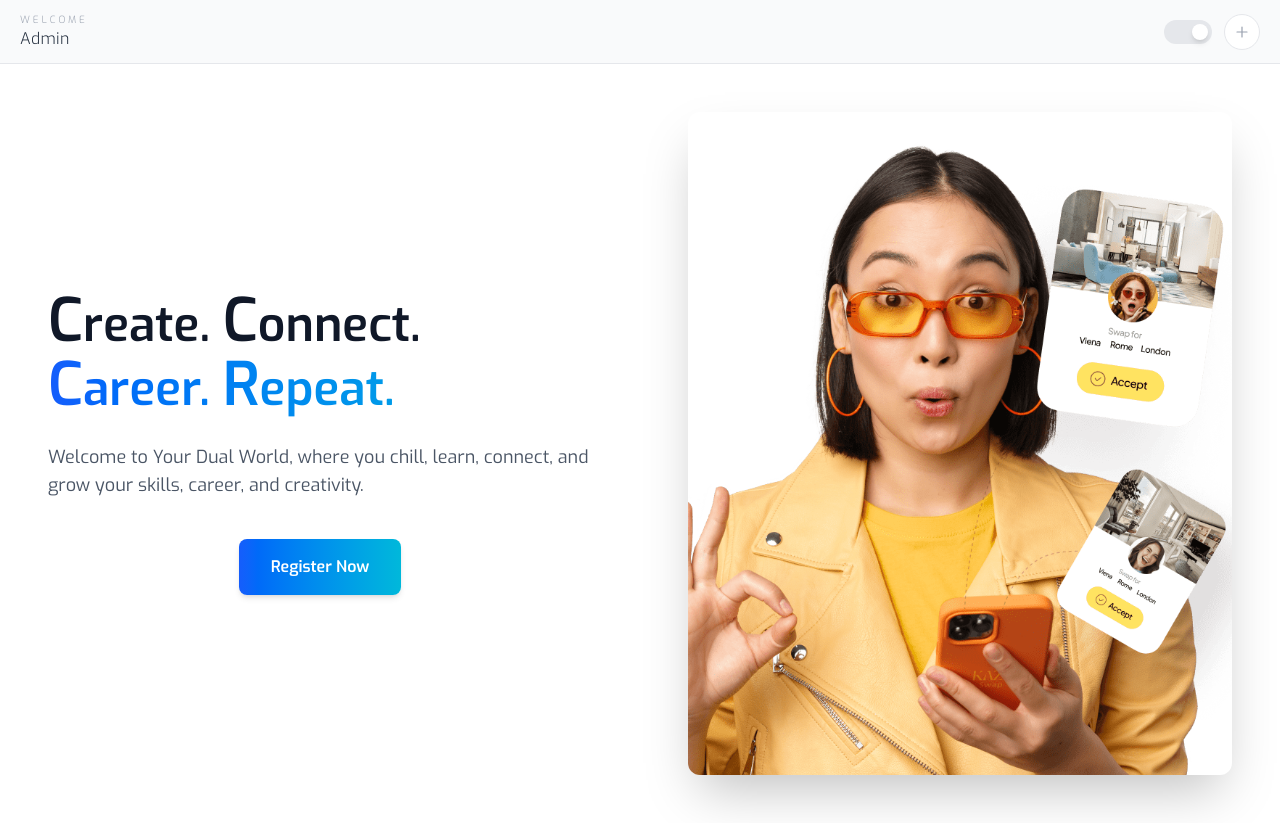
Repository: deepak445566/job
Page: / (app in frontend/)
An editor plug-in stored every save of this project. The page is shown before and after the next save, followed by the edit.
The browser window is 1280 px wide. The pictures show the whole page.
The page's requests for data from a server got no answer. Some web fonts or font styles are not loaded; a fallback is used. The project was rebuilt for these pictures with package versions that can differ from the ones it lists, and the page was loaded fresh each time. Some packages were replaced by stand-ins written for this rebuild. No one was signed in, and anything a server would have sent is missing. Also part of the build but not shown: frontend/vite.config.js, frontend/src/Components/auth/Login.jsx, frontend/src/Components/study/StudyDashboard.jsx, frontend/src/Components/chill/CreateReelModal.jsx, frontend/src/Components/chill/ChillDashboard.jsx, frontend/src/Components/common/Footer.jsx.

Above is the page before, as saved 2026-02-27 14:46:52.

After the next save:
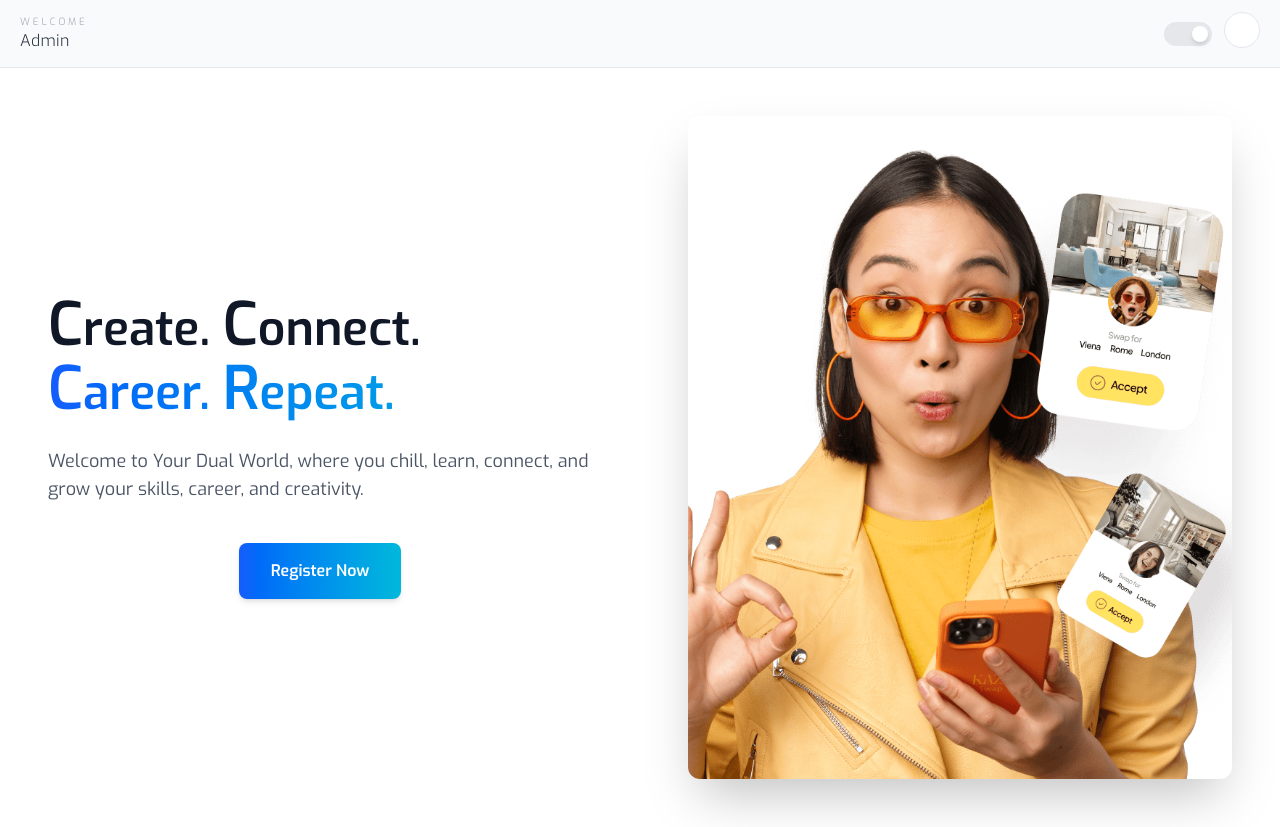
Saved 2 min 20 s later.
--- a/frontend/src/Components/common/Navbar.jsx
+++ b/frontend/src/Components/common/Navbar.jsx
@@ -107,13 +107,7 @@
               ? 'bg-gray-700 text-white'
               : 'bg-white text-gray-400 border border-gray-200'
           }`}>
-            {user ? (
-              <span className="text-xs font-light">{getInitial()}</span>
-            ) : (
-              <svg width="16" height="16" viewBox="0 0 16 16" fill="none" xmlns="http://www.w3.org/2000/svg">
-                <path d="M8 3V13M3 8H13" stroke="currentColor" strokeWidth="1.2" strokeLinecap="round"/>
-              </svg>
-            )}
+
           </div>
         </button>
 

After the 2 saves that followed:
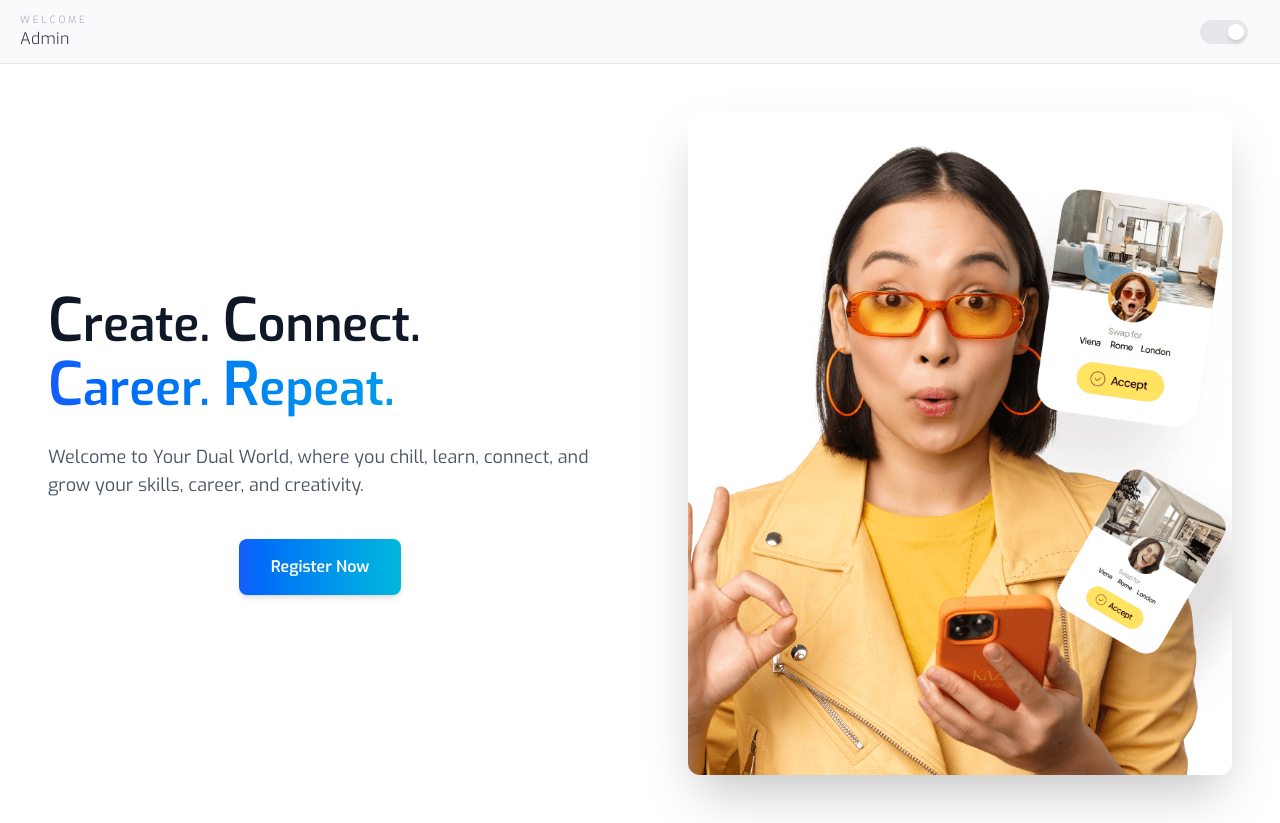
The 2 saves are shown as one change because 1 did not build or start.
The last was saved 26 s later.
--- a/frontend/src/Components/common/Navbar.jsx
+++ b/frontend/src/Components/common/Navbar.jsx
@@ -102,13 +102,9 @@
           onClick={handleProfileClick}
           className="group relative focus:outline-none"
         >
-          <div className={`w-9 h-9 rounded-full flex items-center justify-center transition-all duration-300 ${
-            user
-              ? 'bg-gray-700 text-white'
-              : 'bg-white text-gray-400 border border-gray-200'
-          }`}>
 
-          </div>
+
+
         </button>
 
         {/* Profile Menu */}
